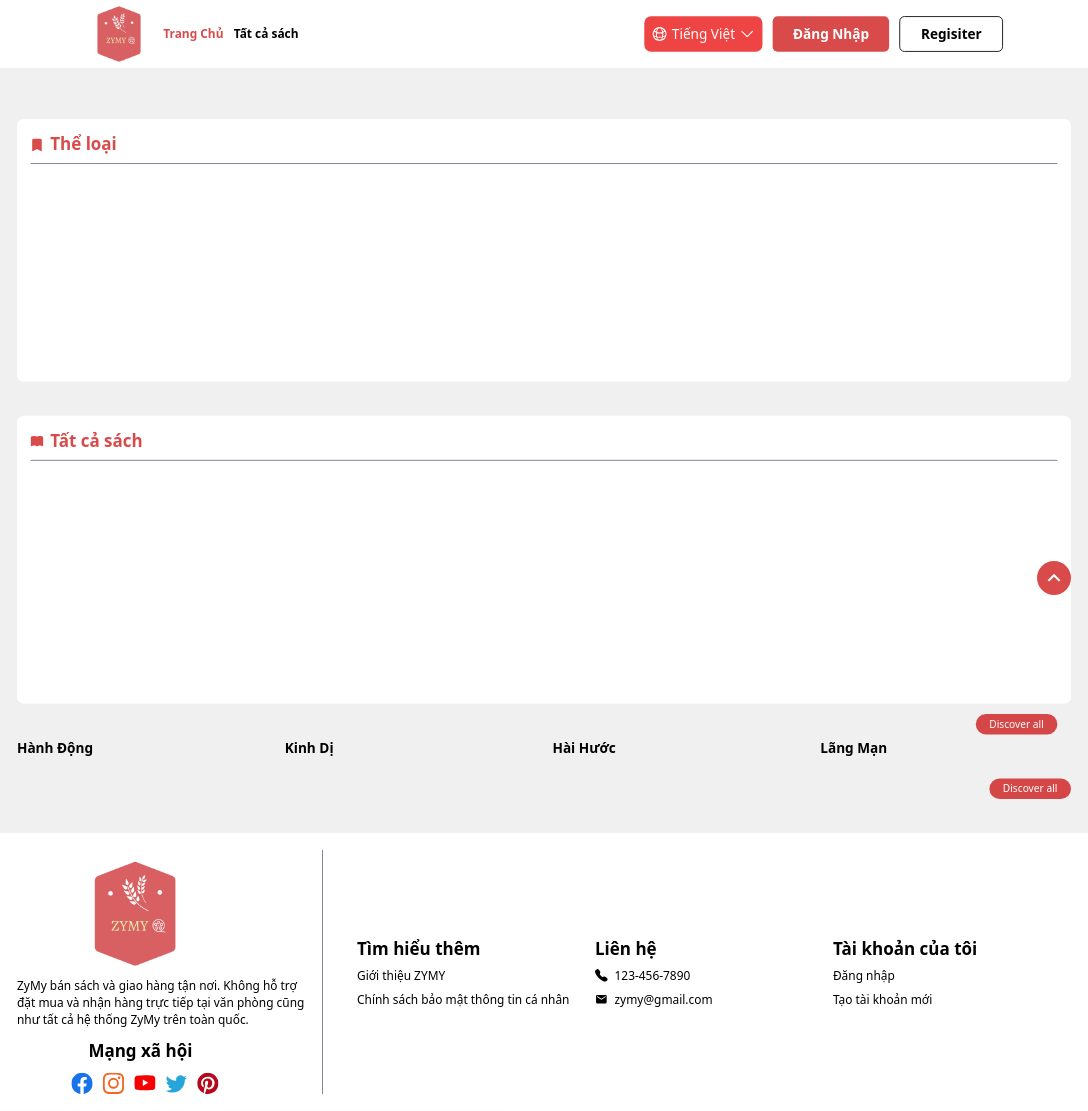
Repository: NguyenDinhThuyVy/website_selling_books
Page: / (app in FrontEnd/)
These files come from the project's save history. The page is drawn as it stood at one moment and after the next save; the edit follows.
The browser window is 1280 px wide. The pictures show the whole page, at 85% of full size.
The page's requests for data from a server got no answer. The project was rebuilt for these pictures with package versions that can differ from the ones it lists, and the page was loaded fresh each time. Some packages were replaced by stand-ins written for this rebuild. The framework's server and built-in components were replaced by stand-ins that run in the browser. No one was signed in, and anything a server would have sent is missing. Also part of the build but not shown: FrontEnd/next.config.js, FrontEnd/src/components/InforLogin/styles.scss, FrontEnd/src/components/InforLogin/index.jsx, FrontEnd/src/app/(default)/(public)/home/components/CategoryColumn/CategoryColumnContent/index.jsx, FrontEnd/src/styles/CategoryItem.scss, FrontEnd/src/app/(default)/(public)/home/components/CategoryItem/index.jsx, FrontEnd/src/app/(default)/(public)/home/components/BannerItem/index.jsx, FrontEnd/src/styles/BookItem.scss and 1 more.

Above is the page before, as saved 2023-12-29 22:54:40.

### FrontEnd/src/app/layout.jsx
'use client';

import classNames from 'classnames';
import { Inter, Montserrat } from 'next/font/google';
import Script from 'next/script';

import './globals.css';
import 'react-toastify/dist/ReactToastify.css';
import 'swiper/scss/scrollbar';
import 'swiper/scss/pagination';
import 'swiper/css/navigation';
import 'swiper/scss';
import '../../node_modules/nprogress/nprogress.css';
import 'sweetalert2/src/sweetalert2.scss';
import { ToastContainer } from 'react-toastify';
import { Provider } from 'react-redux';
import store from '@/redux/store';
import Backtop from '@/components/Backtop';

const inter = Inter({
  subsets: ['latin'],
  variable: '--font-inter',
});

const montserrat = Montserrat({
  subsets: ['latin'],
  variable: '--font-montserrat',
});

export default function RootLayout({ children }) {
  return (
    <html lang="en">
      <head>
        {/* <Script>
          {typeof window !== 'undefined' &&
            (function (w, d, s, l, i) {
              w[l] = w[l] || [];
              w[l].push({ 'gtm.start': new Date().getTime(), event: 'gtm.js' });
              var f = d.getElementsByTagName(s)[0],
                j = d.createElement(s),
                dl = l != 'dataLayer' ? '&l=' + l : '';
              j.async = true;
              j.src = 'https://www.googletagmanager.com/gtm.js?id=' + i + dl;
              f.parentNode.insertBefore(j, f);
            })(window, document, 'script', 'dataLayer', 'GTM-WV3P6XBH')}
        </Script> */}
        <Script
          async
          src="https://www.googletagmanager.com/gtag/js?id=G-Y35FP8XXTL"
        ></Script>
        <Script
          id="clarity_script"
          strategy="afterInteractive"
          dangerouslySetInnerHTML={{
            __html: `
              window.dataLayer = window.dataLayer || [];
              function gtag(){dataLayer.push(arguments);}
              gtag('js', new Date());
              gtag('config', 'G-Y35FP8XXTL');
            `,
          }}
        />
      </head>
      <body
        className={classNames(
          inter.variable,
          montserrat.variable,
          'flex flex-col min-h-screen'
        )}
      >
        <Provider store={store}>{children}</Provider>
        <ToastContainer autoClose={1000} />
        <Backtop />
      </body>
    </html>
  );
}

### FrontEnd/src/app/page.jsx
import React from 'react';

const HomePage = React.lazy(() => import('./(default)/(public)/home'));

export default HomePage;

### FrontEnd/src/app/globals.css
@tailwind base;
@tailwind components;
@tailwind utilities;

@layer base {
  body {
    background-color: #f0f0f0;
  }
  .wrapper-content {
    max-width: 1340px;
    margin: 0 auto;
    padding: 0 20px;
  }
  .book-list .swiper,
  .category-list .swiper,
  .list-comment .swiper {
    height: 100%;
  }
  .button-next,
  .button-prev {
    position: relative;
    z-index: 20;
  }
  .book-list .swiper .swiper-pagination {
    transform: translateY(12px);
    z-index: 20;
  }
}

### FrontEnd/src/redux/store.jsx
import { configureStore } from '@reduxjs/toolkit';
import rootReducer from './reducers/index';

const store = configureStore({
  reducer: rootReducer,
  // Các tùy chọn khác như middleware có thể được thêm ở đây
});

export default store;

### FrontEnd/src/components/Backtop/index.jsx
import Link from 'next/link';
import React from 'react';
import { MdOutlineKeyboardArrowUp } from 'react-icons/md';

const Backtop = () => {
  return (
    <span className="fixed bottom-5 right-5 rounded-full z-30 w-10 h-10 backtop bg-[#ce1515c4] flex items-center justify-center hover:bg-opacity-70 transition-all">
      <Link href="#" className="flex items-center justify-center w-full h-full">
        <MdOutlineKeyboardArrowUp size="30px" color="white" />
      </Link>
    </span>
  );
};

export default Backtop;

### FrontEnd/src/redux/reducers/index.jsx
import { combineReducers } from '@reduxjs/toolkit';
import menuReducer from './menuReducer';
import formAddReducer from './formAddReducer';
import globalReducer from './globalReducer';
import updateInforReducer from './updateInforReducer';

const rootReducer = combineReducers({
  menu: menuReducer,
  form: formAddReducer,
  darkMode: globalReducer,
  updateInfor: updateInforReducer,
  // Thêm các reducer khác ở đây
});

export default rootReducer;

### FrontEnd/src/components/Heading/index.jsx
const Heading = ({ children }) => {
  return (
    <div className="text-xl font-semibold text-[#ce1515c4]">{children}</div>
  );
};

export default Heading;

### FrontEnd/src/components/layout/Header/index.jsx
'use client';

import Link from 'next/link';
import routes from '@/constant/routes';
import Button from '@/components/Button';
import { usePathname } from 'next/navigation';
import { useEffect } from 'react';
import { useState } from 'react';
import Image from 'next/image';
import logo from '../../../assets/logo.png';
import InforLogin from '@/components/InforLogin';
import Popover from '@/components/Popover';

export default function Header() {
  const pathname = usePathname();
  const [auth, setAuth] = useState(null);
  useEffect(() => {
    const auth = sessionStorage.getItem('auth');
    if (auth) {
      setAuth(JSON.parse(auth));
    }
  }, []);
  return (
    <header className="flex items-center gap-x-3 px-[100px] bg-white">
      <div className="w-[80px] h-[80px]">
        <Link href={routes.HOME}>
          <Image src={logo} alt="" className="object-cover w-full h-full" />
        </Link>
      </div>
      <div className="flex items-center gap-x-3">
        <Link
          href={routes.HOME}
          className={
            pathname === routes.HOME
              ? 'text-[#ce1515c4] font-semibold text-sm'
              : 'text-sm font-semibold'
          }
        >
          Trang Chủ
        </Link>
        <Link
          href={routes.ALLBOOK}
          className={
            pathname === routes.ALLBOOK
              ? 'text-[#ce1515c4] font-semibold text-sm'
              : 'text-sm font-semibold'
          }
        >
          Tất cả sách
        </Link>
      </div>
      <div className="flex ml-auto gap-x-3 z-20">
        {auth ? (
          <>
            <Popover
              className="flex items-center py-1 hover:text-gray-300 cursor-pointer ml-6  bg-red-500  text-white font-medium px-2 rounded-lg"
              renderPopover={
                <div className="bg-white relative shadow-md rounded-sm border border-gray-200">
                  <button className="block py-3 px-4 hover:bg-slate-100 bg-white hover:text-red-600 w-full text-left pr-20">
                    Tiếng Việt
                  </button>
                  <button className="block py-3 px-4 hover:bg-slate-100 bg-white hover:text-red-600 w-full text-left">
                    Tiếng Anh
                  </button>
                </div>
              }
            >
              {' '}
              <svg
                xmlns="http://www.w3.org/2000/svg"
                fill="none"
                viewBox="0 0 24 24"
                strokeWidth={1.5}
                stroke="currentColor"
                className="w-5 h-5"
              >
                <path
                  strokeLinecap="round"
                  strokeLinejoin="round"
                  d="M12 21a9.004 9.004 0 008.716-6.747M12 21a9.004 9.004 0 01-8.716-6.747M12 21c2.485 0 4.5-4.03 4.5-9S14.485 3 12 3m0 18c-2.485 0-4.5-4.03-4.5-9S9.515 3 12 3m0 0a8.997 8.997 0 017.843 4.582M12 3a8.997 8.997 0 00-7.843 4.582m15.686 0A11.953 11.953 0 0112 10.5c-2.998 0-5.74-1.1-7.843-2.918m15.686 0A8.959 8.959 0 0121 12c0 .778-.099 1.533-.284 2.253m0 0A17.919 17.919 0 0112 16.5c-3.162 0-6.133-.815-8.716-2.247m0 0A9.015 9.015 0 013 12c0-1.605.42-3.113 1.157-4.418"
                />
              </svg>
              <span className="mx-1">Tiếng Việt</span>
              <svg
                xmlns="http://www.w3.org/2000/svg"
                fill="none"
                viewBox="0 0 24 24"
                strokeWidth={1.5}
                stroke="currentColor"
                className="w-5 h-5"
              >
                <path
                  strokeLinecap="round"
                  strokeLinejoin="round"
                  d="M19.5 8.25l-7.5 7.5-7.5-7.5"
                />
              </svg>
            </Popover>
            <InforLogin />
          </>
        ) : (
          <>
            <Popover
              className="flex items-center py-1 hover:text-gray-300 cursor-pointer ml-6  bg-red-500  text-white font-medium px-2 rounded-lg"
              renderPopover={
                <div className="bg-white relative shadow-md rounded-sm border border-gray-200">
                  <button className="block py-3 px-4 hover:bg-slate-100 bg-white hover:text-red-600 w-full text-left pr-20">
                    Tiếng Việt
                  </button>
                  <button className="block py-3 px-4 hover:bg-slate-100 bg-white hover:text-red-600 w-full text-left">
                    Tiếng Anh
                  </button>
                </div>
              }
            >
              {' '}
              <svg
                xmlns="http://www.w3.org/2000/svg"
                fill="none"
                viewBox="0 0 24 24"
                strokeWidth={1.5}
                stroke="currentColor"
                className="w-5 h-5"
              >
                <path
                  strokeLinecap="round"
                  strokeLinejoin="round"
                  d="M12 21a9.004 9.004 0 008.716-6.747M12 21a9.004 9.004 0 01-8.716-6.747M12 21c2.485 0 4.5-4.03 4.5-9S14.485 3 12 3m0 18c-2.485 0-4.5-4.03-4.5-9S9.515 3 12 3m0 0a8.997 8.997 0 017.843 4.582M12 3a8.997 8.997 0 00-7.843 4.582m15.686 0A11.953 11.953 0 0112 10.5c-2.998 0-5.74-1.1-7.843-2.918m15.686 0A8.959 8.959 0 0121 12c0 .778-.099 1.533-.284 2.253m0 0A17.919 17.919 0 0112 16.5c-3.162 0-6.133-.815-8.716-2.247m0 0A9.015 9.015 0 013 12c0-1.605.42-3.113 1.157-4.418"
                />
              </svg>
              <span className="mx-1">Tiếng Việt</span>
              <svg
                xmlns="http://www.w3.org/2000/svg"
                fill="none"
                viewBox="0 0 24 24"
                strokeWidth={1.5}
                stroke="currentColor"
                className="w-5 h-5"
              >
                <path
                  strokeLinecap="round"
                  strokeLinejoin="round"
                  d="M19.5 8.25l-7.5 7.5-7.5-7.5"
                />
              </svg>
            </Popover>

            <Button kind="primary" to={routes.LOGIN}>
              Đăng Nhập
            </Button>
            <Button kind="secondary" to={routes.REGISTER} isBorder={true}>
              Regisiter
            </Button>
          </>
        )}
      </div>
    </header>
  );
}

### FrontEnd/src/app/(default)/(public)/home/components/CategoryColumn/CategoryColumnHorror/index.jsx
'use client';

import React, { useState } from 'react';
import CategoryColumnContent from '../CategoryColumnContent';
import { getBookByCategory } from '@/services/bookService';
import { useEffect } from 'react';

const CategoryColumnHorror = () => {
  const [listBookHorror, setListBookHorror] = useState([]);
  const fetchBookByHorror = async () => {
    const res = await getBookByCategory('Horror');
    if (res && res?.data?.errCode === 0) {
      setListBookHorror(res?.data?.book);
    }
  };
  useEffect(() => {
    fetchBookByHorror();
  }, []);
  return (
    <>
      <h1 className="mb-3 font-semibold">Kinh Dị</h1>
      <div className="flex w-full gap-x-3">
        <div className="flex flex-col w-full bg-white rounded-lg">
          {listBookHorror?.length > 0 &&
            listBookHorror
              ?.slice(0, 5)
              ?.map((book, index) => (
                <CategoryColumnContent key={index} data={book} />
              ))}
        </div>
      </div>
    </>
  );
};

export default CategoryColumnHorror;

### FrontEnd/src/app/(default)/(public)/home/components/Category/index.jsx
'use client';

import CategoryItem from '../CategoryItem';
import { Swiper, SwiperSlide } from 'swiper/react';
import { Navigation, Pagination } from 'swiper';
import { useState } from 'react';
import { getAllCategory } from '@/services/categories';
import { useEffect } from 'react';

const Category = () => {
  const [listCategory, setListCategory] = useState([]);
  const fetchListCategory = async () => {
    const res = await getAllCategory();
    if (res && res?.data?.errCode === 0) {
      setListCategory(res?.data?.categories);
    }
  };
  useEffect(() => {
    fetchListCategory();
  }, []);
  return (
    <div className="mt-5 category-list h-[220px]">
      <Swiper
        modules={[Navigation, Pagination]}
        spaceBetween={20}
        slidesPerView={6}
        navigation
        grabCursor={'true'}
        pagination={{ clickable: true }}
      >
        {listCategory?.length > 0 &&
          listCategory?.map((category, index) => (
            <SwiperSlide key={index}>
              <CategoryItem category={category} imageFolder="/Image/" />
            </SwiperSlide>
          ))}
      </Swiper>
    </div>
  );
};

export default Category;

### FrontEnd/src/app/(default)/(public)/home/components/Banner/index.jsx
'use client';

import { useState } from 'react';
import BannerItem from '../BannerItem';
import { Navigation, Pagination, Scrollbar, A11y } from 'swiper';
import { Swiper, SwiperSlide } from 'swiper/react';
import { getAllBookWithPagination } from '@/services/bookService';
import { useEffect } from 'react';

const Banner = () => {
  const [listBook, setListBook] = useState([]);
  const fectchBannerBook = async () => {
    const res = await getAllBookWithPagination(1, 4);
    if (res && res?.data) {
      setListBook(res?.data?.books);
    }
  };
  useEffect(() => {
    fectchBannerBook();
  }, []);
  return (
    <div className="mt-5 cursor-pointer">
      <Swiper
        modules={[Navigation, Pagination, Scrollbar, A11y]}
        slidesPerView={1}
        pagination={{ clickable: true }}
      >
        {listBook?.length > 0 &&
          listBook?.slice(1, 5)?.map((book, index) => (
            <SwiperSlide key={index} className="z-10">
              <BannerItem book={book}></BannerItem>
            </SwiperSlide>
          ))}
      </Swiper>
    </div>
  );
};

export default Banner;

### FrontEnd/src/app/(default)/(public)/home/components/CategoryColumn/CategoryColumnAction/index.jsx
'use client';

import React, { useEffect, useState } from 'react';
import CategoryColumnContent from '../CategoryColumnContent';
import { getBookByCategory } from '@/services/bookService';

const CategoryColumnAction = () => {
  const [listBookAction, setListBookAction] = useState([]);
  const fetchBookByAction = async () => {
    const res = await getBookByCategory('Action');
    if (res && res?.data?.errCode === 0) {
      setListBookAction(res?.data?.book);
    }
  };
  useEffect(() => {
    fetchBookByAction();
  }, []);
  return (
    <>
      <h1 className="mb-3 font-semibold">Hành Động</h1>
      <div className="flex w-full gap-x-3">
        <div className="flex flex-col w-full bg-white rounded-lg">
          {listBookAction?.length > 0 &&
            listBookAction
              ?.slice(0, 5)
              ?.map((book, index) => (
                <CategoryColumnContent key={index} data={book} />
              ))}
        </div>
      </div>
    </>
  );
};

export default CategoryColumnAction;

### FrontEnd/src/app/(default)/(public)/home/components/CategoryColumn/CategoryColumnRomance/index.jsx
'use client';

import React, { useEffect, useState } from 'react';
import CategoryColumnContent from '../CategoryColumnContent';
import { getBookByCategory } from '@/services/bookService';

const CategoryColumnRomance = () => {
  const [listBookRomance, setListBookRomance] = useState([]);
  const fetchBookByRomance = async () => {
    const res = await getBookByCategory('Romance');
    if (res && res?.data?.errCode === 0) {
      setListBookRomance(res?.data?.book);
    }
  };
  useEffect(() => {
    fetchBookByRomance();
  }, []);
  return (
    <>
      <h1 className="mb-3 font-semibold">Lãng Mạn</h1>
      <div className="flex w-full gap-x-3">
        <div className="flex flex-col w-full bg-white rounded-lg">
          {listBookRomance?.length > 0 &&
            listBookRomance
              ?.slice(0, 5)
              ?.map((book, index) => (
                <CategoryColumnContent key={index} data={book} />
              ))}
        </div>
      </div>
    </>
  );
};

export default CategoryColumnRomance;

### FrontEnd/src/app/(default)/(public)/home/components/CategoryColumn/CategoryComedy/index.jsx
'use client';

import React, { useEffect, useState } from 'react';
import CategoryColumnContent from '../CategoryColumnContent';
import { getBookByCategory } from '@/services/bookService';

const CategoryComedy = () => {
  const [listBookComedy, setBookListComedy] = useState([]);
  const fetchBookByComedy = async () => {
    const res = await getBookByCategory('Comedy');
    if (res && res?.data?.errCode === 0) {
      setBookListComedy(res?.data?.book);
    }
  };
  useEffect(() => {
    fetchBookByComedy();
  }, []);
  return (
    <>
      <h1 className="mb-3 font-semibold">Hài Hước</h1>
      <div className="flex w-full gap-x-3">
        <div className="flex flex-col w-full bg-white rounded-lg">
          {listBookComedy?.length > 0 &&
            listBookComedy
              ?.slice(0, 5)
              ?.map((book, index) => (
                <CategoryColumnContent key={index} data={book} />
              ))}
        </div>
      </div>
    </>
  );
};

export default CategoryComedy;

### FrontEnd/src/app/(default)/(public)/home/style/styled.scss
:root {
  --white: #fff;
  --bcg-detail-color: #f8f8f8;
  --bcg-add: #ce1515c4;
}
*::-moz-selection {
  background-color: var(--bcg-detail-color);
  color: var(--white);
}

*::selection {
  background-color: var(--bcg-add);
  color: var(--white);
}
::-webkit-scrollbar {
  height: 1px;
  width: 10px;
  border-radius: 50%;
}

::-webkit-scrollbar-track {
  background-color: transparent;
}

::-webkit-scrollbar-thumb {
  background-color: #77777758;
  border-radius: 20px;
}

### FrontEnd/src/redux/reducers/menuReducer.jsx
// reducers/counterSlice.ts
import { createSlice } from '@reduxjs/toolkit';

const initialState = {
  collapsed: false,
};
const menuSlice = createSlice({
  name: 'counter',
  initialState,
  reducers: {
    toggleMenu: (state) => {
      state.collapsed = !state.collapsed;
    },
  },
});

export const { toggleMenu } = menuSlice.actions;
export default menuSlice.reducer;

### FrontEnd/src/redux/reducers/globalReducer.jsx
import { createSlice } from '@reduxjs/toolkit';

const initialState = {
  darkMode: false,
};
const globalReducer = createSlice({
  name: 'global',
  initialState,
  reducers: {
    toggleDarkMode: (state, actions) => {
      return {
        ...state,
        darkMode: actions.payload,
      };
    },
  },
});

export const { toggleDarkMode } = globalReducer.actions;
export default globalReducer.reducer;

### FrontEnd/src/redux/reducers/updateInforReducer.jsx
import { createSlice } from '@reduxjs/toolkit';

const initialState = {
  isUpdate: false,
};
const updateInforReducer = createSlice({
  name: 'update',
  initialState,
  reducers: {
    updateReducer: (state) => {
      return {
        ...state,
        isUpdate: !state.isUpdate,
      };
    },
  },
});

export const { updateReducer } = updateInforReducer.actions;
export default updateInforReducer.reducer;

### FrontEnd/src/components/Button/index.jsx
'use client';
import React from 'react';
import { useRouter } from 'next/navigation';

const Button = ({
  type = 'submit',
  kind,
  children,
  to,
  isBorder = false,
  ...props
}) => {
  const router = useRouter();
  let bgcClassName = '';
  let colorText = '';
  switch (kind) {
    case 'primary':
      bgcClassName = 'bg-[#ce1515c4]';
      colorText = 'text-white';
      break;
    case 'secondary':
      bgcClassName = 'bg-white';
      colorText = 'text-black';
      break;
    default:
      break;
  }
  if (to) {
    return (
      <button
        type={type}
        className={`px-6 py-2 w-max text-base font-semibold cursor-pointer rounded-md hover:opacity-80 transition-all ${bgcClassName} ${colorText} ${
          isBorder ? 'border border-black' : ''
        }`}
        onClick={() => router.push(to)}
      >
        {children}
      </button>
    );
  }
  return (
    <button
      type={type}
      className={`px-6 py-2 w-max text-base font-semibold cursor-pointer rounded-md hover:opacity-80 transition-all ${bgcClassName} ${colorText} ${
        isBorder ? 'border border-black' : ''
      }`}
      {...props}
    >
      {children}
    </button>
  );
};

export default Button;

### FrontEnd/src/styles/SwiperButton.scss
.swiper-button-next,
.swiper-button-prev {
  width: 25px !important;
  height: 25px !important;
  background-color: #bc3232c4 !important;
  border-radius: 50%;
  z-index: 100 !important;
}
.swiper-button-next::after,
.swiper-button-prev::after {
  color: white;
  font-size: 10px !important;
  font-weight: 800;
}
.swiper-button-next::after {
  transform: translate(1px, 1px);
}
.swiper-button-prev::after {
  transform: translateY(1px);
}

Loaded but not shown: FrontEnd/src/utils/axiosCustomize.js (47 lines, source omitted); FrontEnd/src/services/bookService.js (42 lines, source omitted); FrontEnd/tailwind.config.js (33 lines, source omitted); FrontEnd/src/constant/routes.js (30 lines, source omitted); FrontEnd/src/services/categories.js (7 lines, source omitted); FrontEnd/src/components/layout/Footer/index.jsx (97 lines, source omitted); FrontEnd/src/app/(default)/(public)/home/index.jsx (66 lines, source omitted); FrontEnd/src/components/Popover/index.jsx (73 lines, source omitted); FrontEnd/src/components/BookList/index.jsx (53 lines, source omitted); FrontEnd/src/redux/reducers/formAddReducer.jsx (68 lines, source omitted)

After the next save:
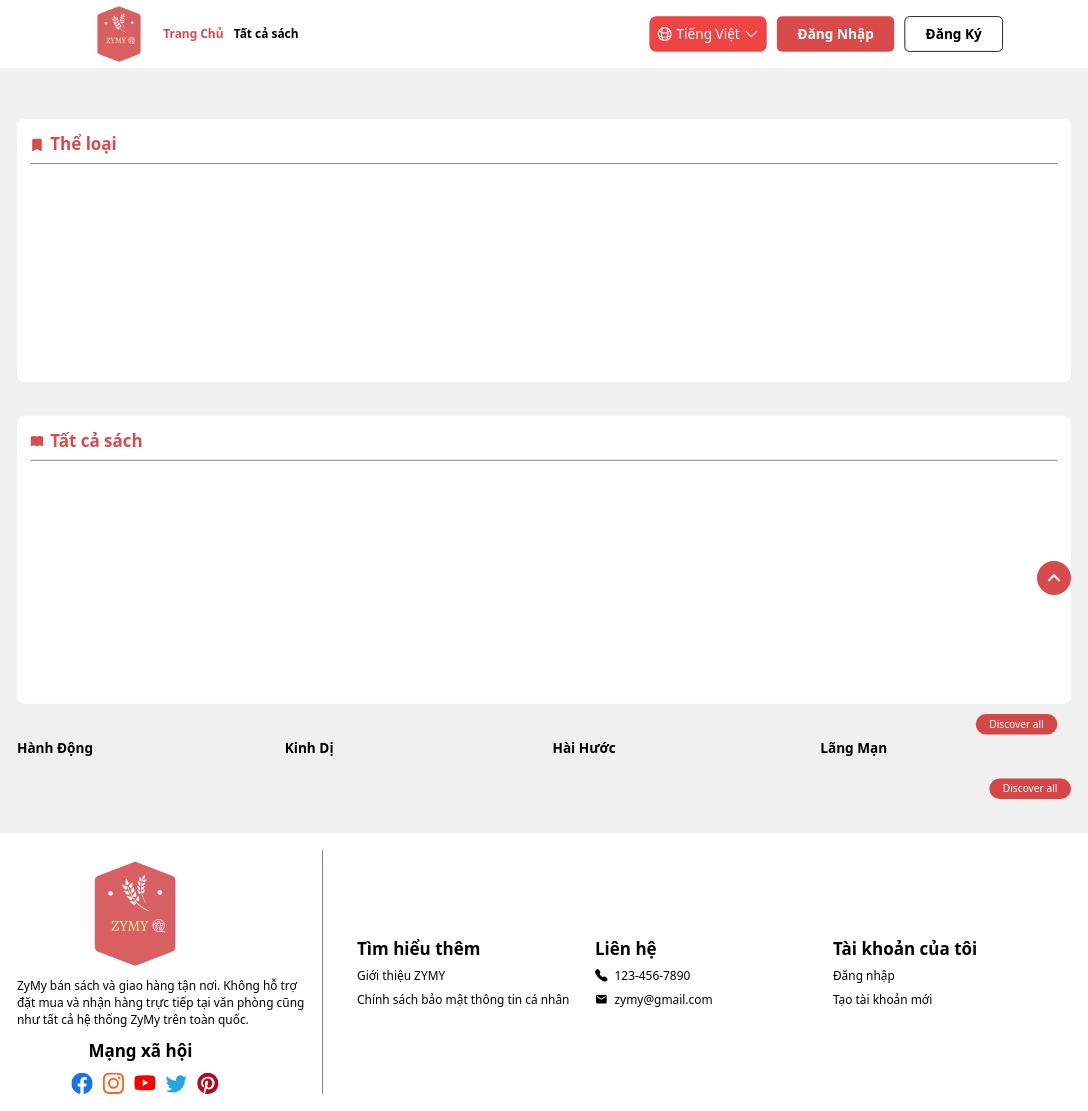
Saved 6 s later.
--- a/FrontEnd/src/components/layout/Header/index.jsx
+++ b/FrontEnd/src/components/layout/Header/index.jsx
@@ -149,7 +149,7 @@ export default function Header() {
               Đăng Nhập
             </Button>
             <Button kind="secondary" to={routes.REGISTER} isBorder={true}>
-              Regisiter
+              Đăng Ký
             </Button>
           </>
         )}
